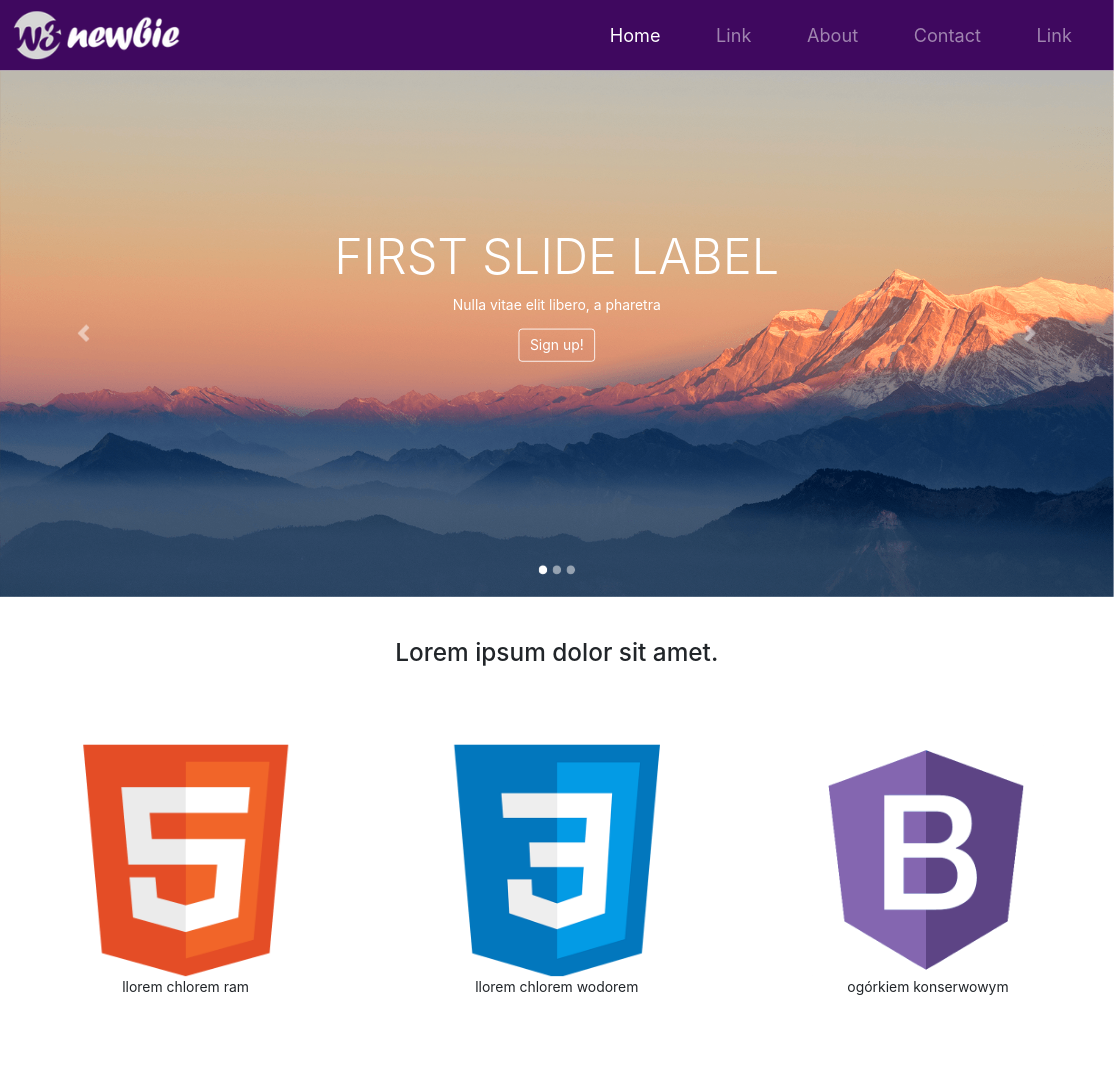
Repository: Mietlicha/bootstrap-project
Page: Bootstrap Website Files/index.html
These files come from the project's save history. The page is drawn as it stood at one moment and after the next save; the edit follows.
The browser window is 1280 px wide. The pictures show the whole page, at 87% of full size.

Above is the page before, as saved 2019-10-28 23:19:36.

After the next save:
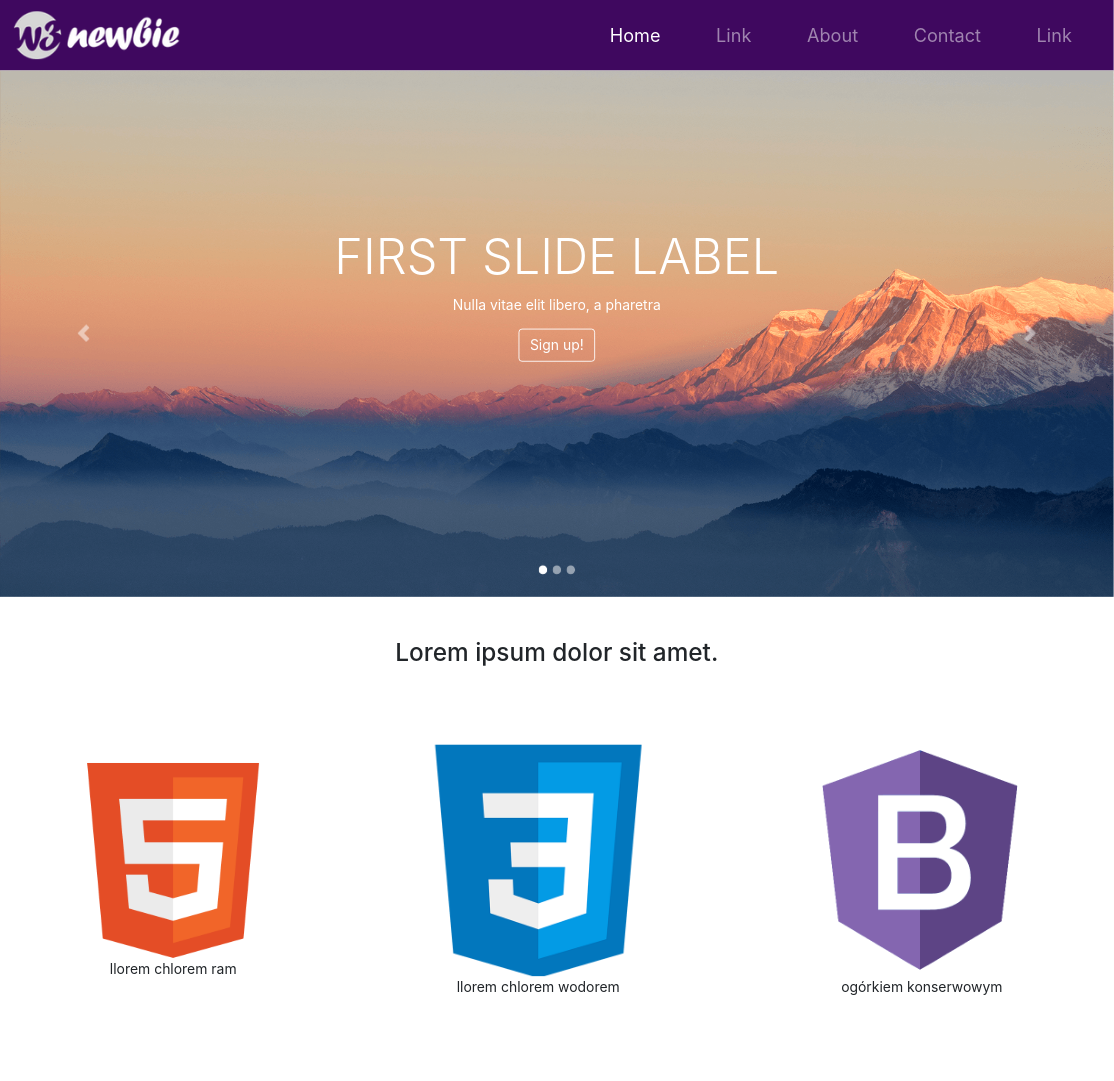
Saved 21 s later.
--- a/Bootstrap Website Files/index.html
+++ b/Bootstrap Website Files/index.html
@@ -80,7 +80,7 @@
   <section>
       <header class="text-center mt-5"><h3>Lorem ipsum dolor sit amet.</h3></header>
     <div class="main-container text-center">
-        <figure class="col-12 col-md-4">
+        <figure >
           <a href="#"><img src="img/html5.png" class="image-fluid" alt="html5"></a>
           <figcaption >llorem chlorem ram</figcaption>
         </figure>
